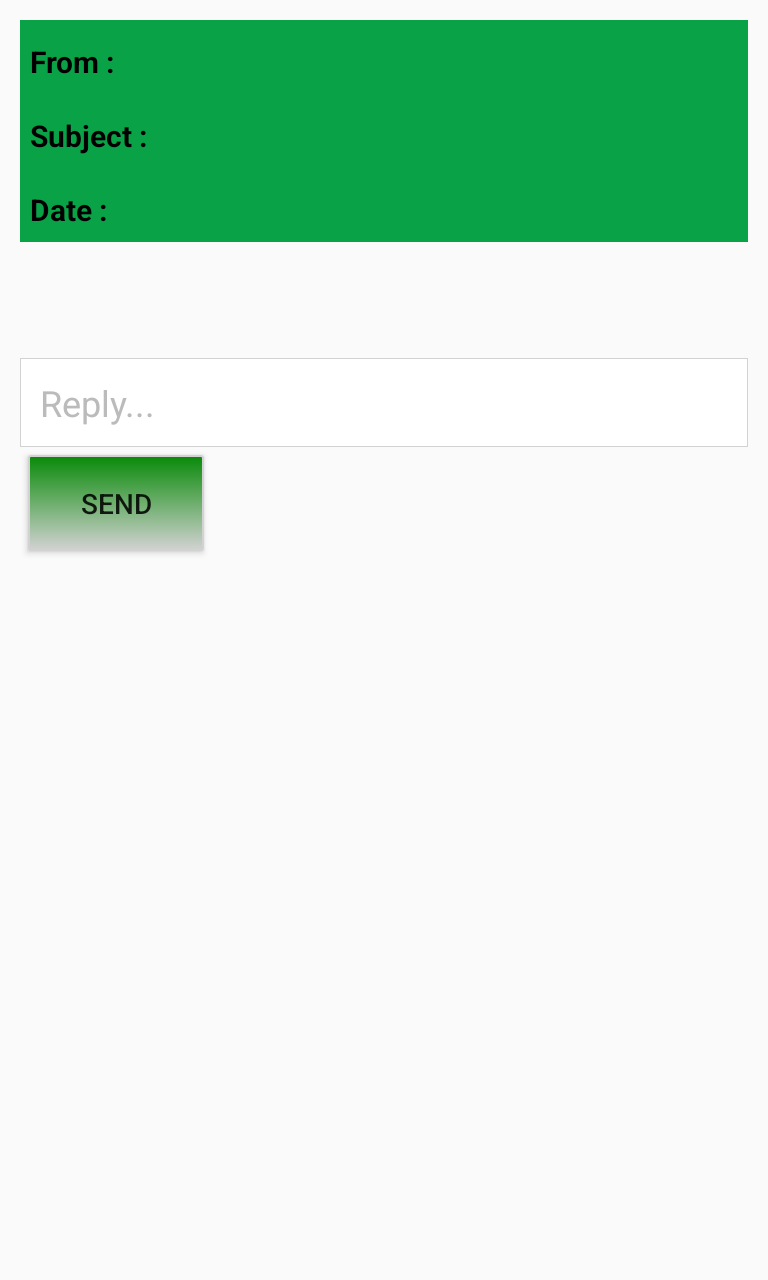
Repository: iguardian2015/iguardian-litchi
Layout: iguardian/res/layout/custom_inbox_view.xml
The author's editor kept a copy of each file at every save. The layout is drawn from the files as they stood at one save, then again after the next save.
It is drawn on a 768 x 1280 px phone screen (xhdpi) without system bars, with theme AppTheme; the app's code is not run.

Above is the layout before, as saved 2015-01-12 08:37:04.

After the next save:
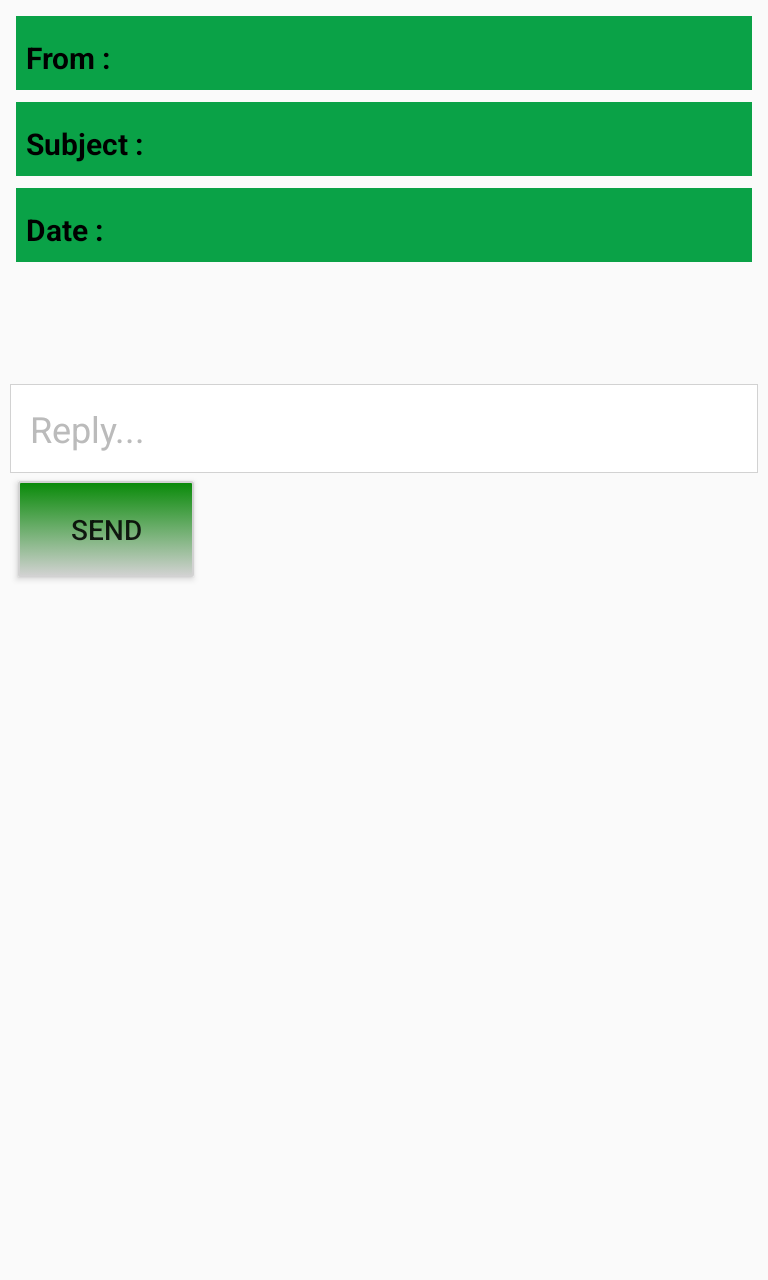
Saved 57 s later.
--- a/iguardian/res/layout/custom_inbox_view.xml
+++ b/iguardian/res/layout/custom_inbox_view.xml
@@ -6,13 +6,13 @@
     <LinearLayout
         android:layout_width="fill_parent"
         android:layout_height="fill_parent"
-        android:padding="10dp"
+        android:padding="5dp"
         android:orientation="vertical" >
 
         <LinearLayout
             android:layout_width="match_parent"
             android:layout_height="wrap_content"
-
+            android:layout_margin="3dp"
             android:background="#0AA247"
             android:orientation="horizontal" >
 
@@ -41,7 +41,7 @@
         <LinearLayout
             android:layout_width="match_parent"
             android:layout_height="wrap_content"
-
+            android:layout_margin="3dp"
             android:background="#0AA247"
             android:orientation="horizontal" >
 
@@ -70,7 +70,7 @@
         <LinearLayout
             android:layout_width="match_parent"
             android:layout_height="wrap_content"
-
+            android:layout_margin="3dp"
             android:background="#0AA247"
             android:orientation="horizontal" >
 
